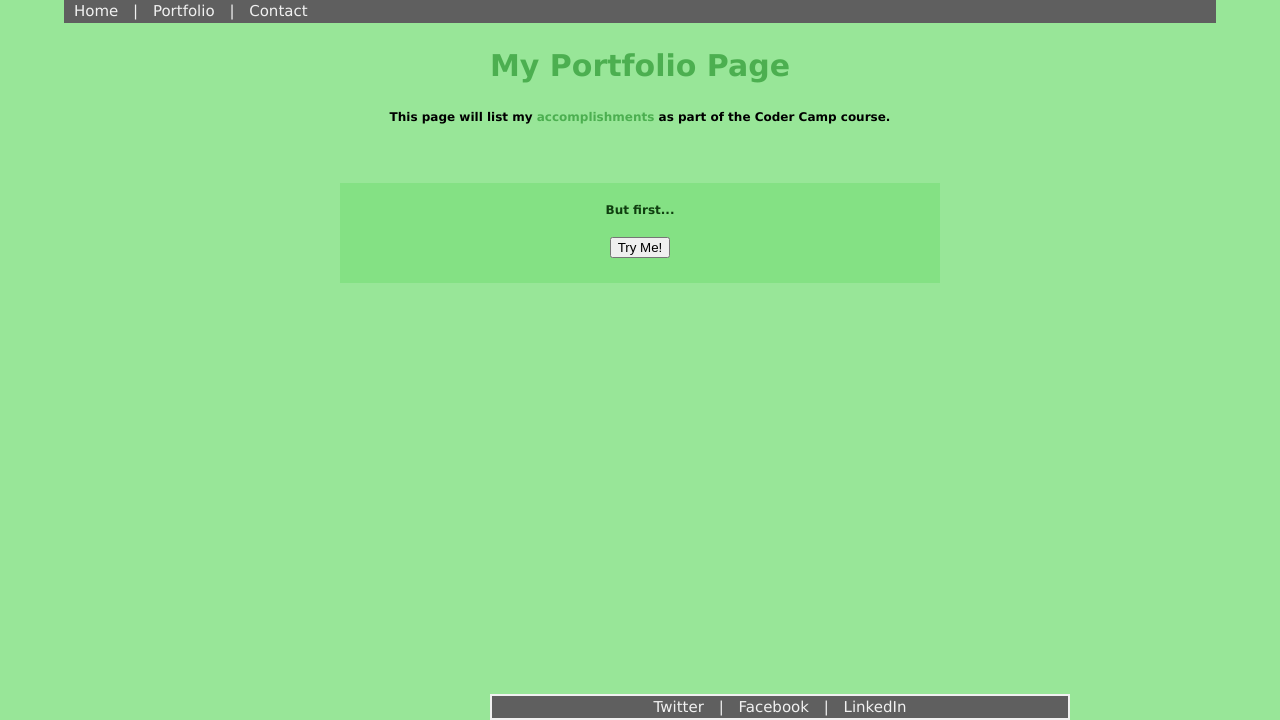
Repository: ischicagoisnotchicago/is-chicago
Page: http://localhost/CC_Personal_Website/portfolio.html
These files come from the project's save history. The page is drawn as it stood at one moment and after the next save; the edit follows.
The browser window is 1280 px wide. The pictures show the whole page.
The page is served by Tomcat 9.

Above is the page before, as saved 2017-05-25 17:57:59.

After the next save:
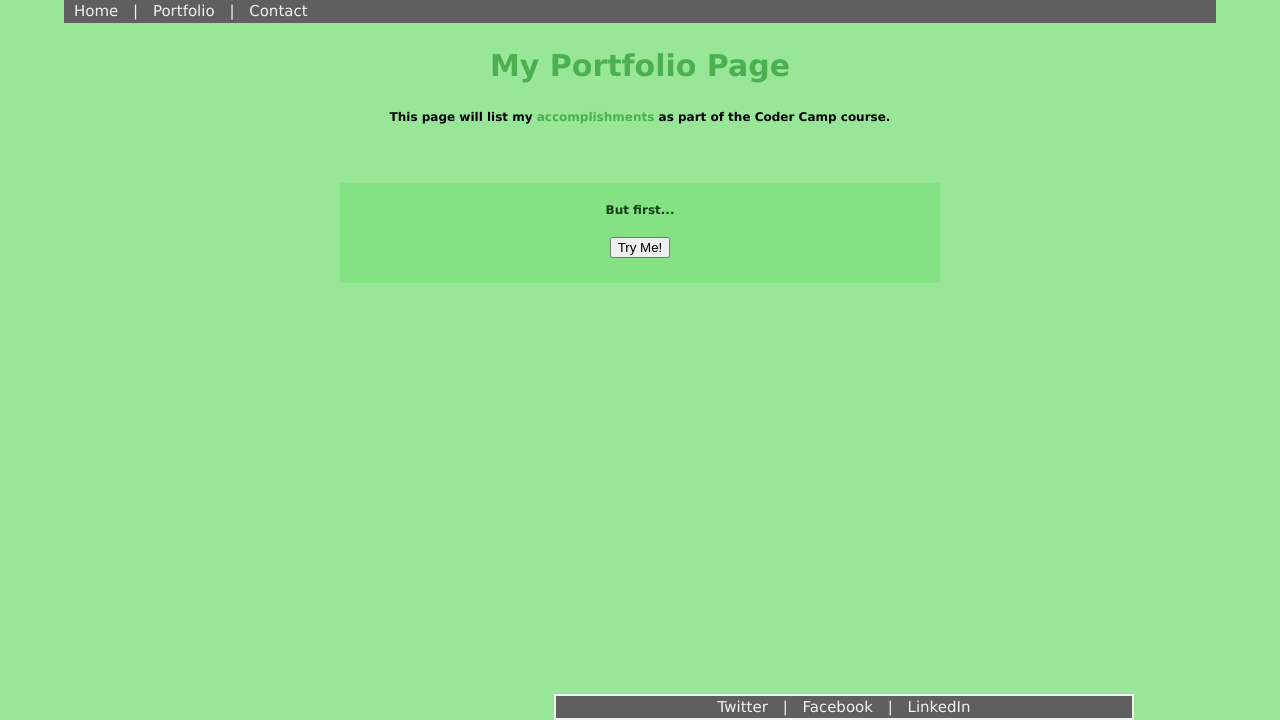
Saved 5 min 50 s later.
--- a/CC Personal Website/WebContent/style.css
+++ b/CC Personal Website/WebContent/style.css
@@ -225,7 +225,6 @@ dd {
 footer {
   position: fixed;
   bottom: 0;
-  left: 0;
   width: 45%;
   margin: 0 490px;
   color: #f1f1f1;
